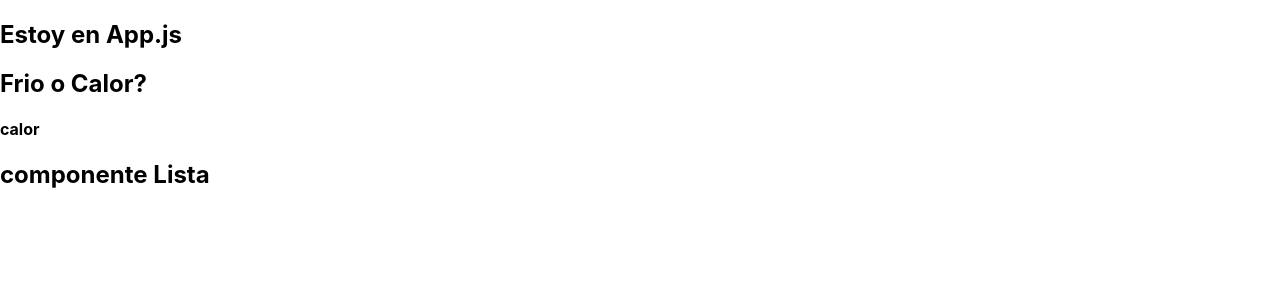
Repository: geraldine-ventura/Jsx-practica-terminada
Page: /
The author's editor kept a copy of each file at every save. The page is drawn from the files as they stood at one save, then again after the next save.
The browser window is 1280 px wide. The pictures show the whole page.
The project was rebuilt for these pictures with package versions that can differ from the ones it lists, and the page was loaded fresh each time.

Above is the page before, as saved 2022-12-28 19:25:59.

### src/App.js
import React from 'react'
import Jsx from "./componetes/Jsx"
import Lista from './componetes/Lista';

function App() {
  return (
    <div className="App">
    <h2>Estoy en App.js</h2>
    <Jsx></Jsx>
    <Lista></Lista>
    </div>
  );
}

export default App;

### src/componetes/Jsx.js
import React, { Fragment } from 'react'

const  Jsx= () => {
    //const saludo =" CONSTANTE PRUEBA"
    const temperatura=21;
    return (
        <Fragment>

    <h2>Frio o Calor?</h2>
    <h4>
       {
        temperatura > 20 ? "calor" : "frio"
       }
    </h4>
       </Fragment>
        );
}

export default Jsx;

### src/componetes/Lista.js
import React,{useState,Fragment} from 'react'
const  Lista= () => {
    return (
<h2>componente Lista</h2>
     );
}

export default Lista;

Loaded but not shown: public/index.html (common file); src/index.js (common file); src/index.css (common file); src/reportWebVitals.js (common file)

After the next save:
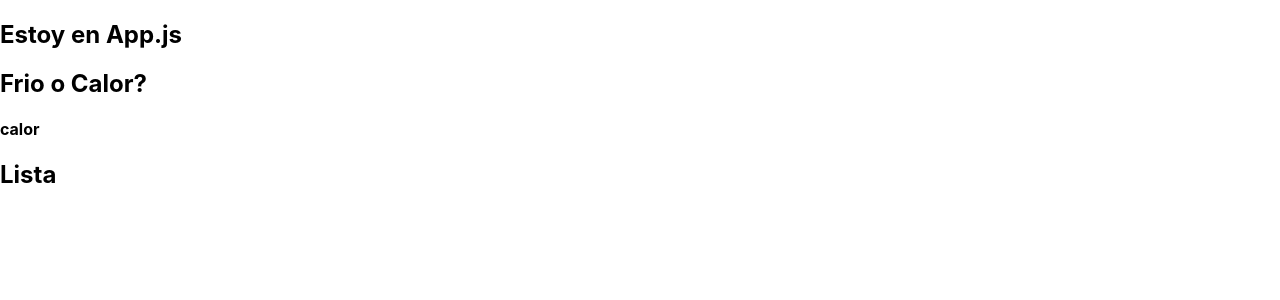
Saved 11 s later.
--- a/src/componetes/Lista.js
+++ b/src/componetes/Lista.js
@@ -1,7 +1,7 @@
 import React,{useState,Fragment} from 'react'
 const  Lista= () => {
     return (
-<h2>componente Lista</h2>
+<h2> Lista</h2>
      );
 }
 
